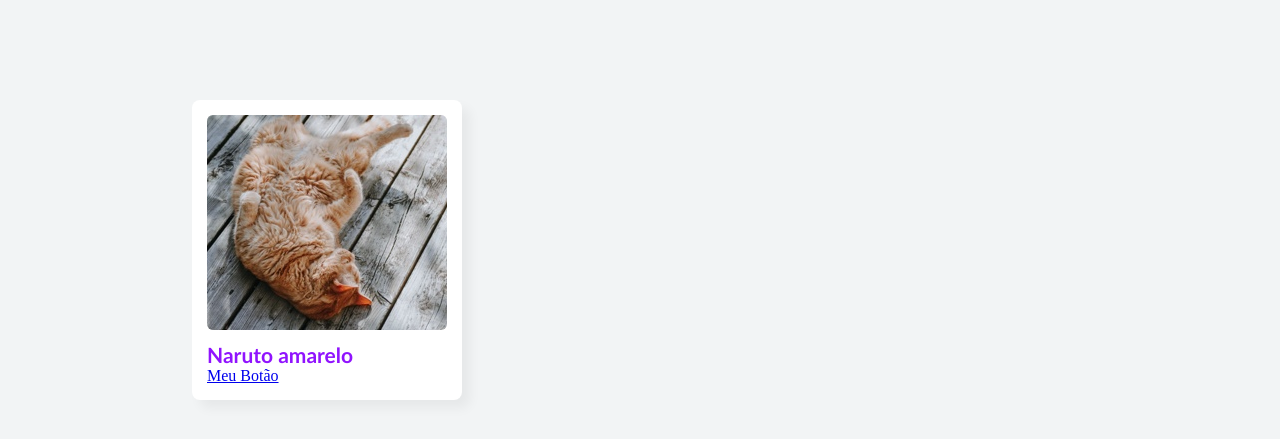
Repository: alessandradiamantino/Curso-Front-End-Design
Page: 1 - Introdução ao HTML e CSS/2 - Exercício CSS/01/codesignerspro-arquivos-exercicio-css-02/codesignerspro-arquivos-exercicio-css-02/index.html
These files come from the project's save history. The page is drawn as it stood at one moment and after a run of saves; the edit follows.
The browser window is 1280 px wide. The pictures show the whole page.

Above is the page before, as saved 2021-07-28 11:56:42.

After the next 2 saves:
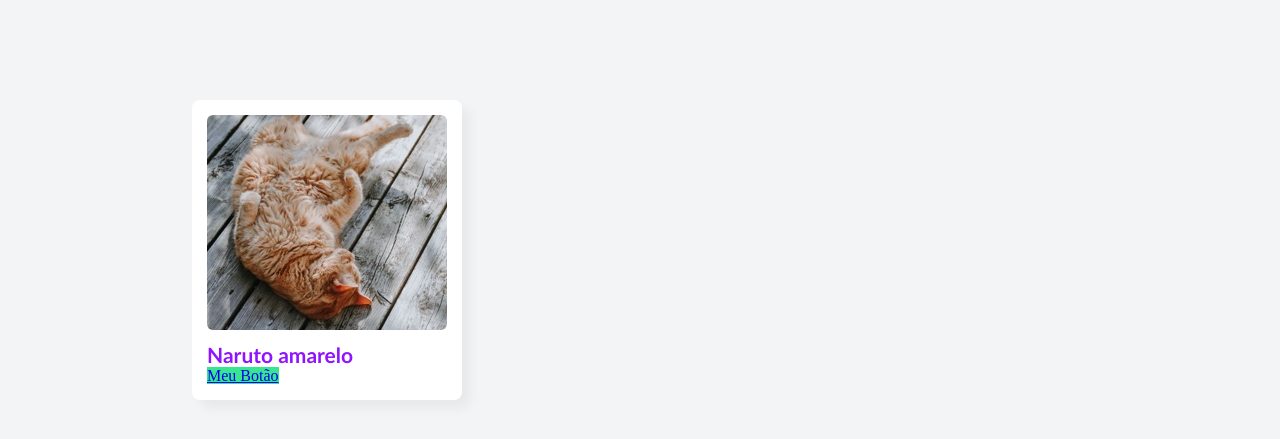
The 2 saves are shown as one change because they came seconds apart.
The last was saved 64 s later.
--- a/1 - Introdução ao HTML e CSS/2 - Exercício CSS/01/codesignerspro-arquivos-exercicio-css-02/codesignerspro-arquivos-exercicio-css-02/index.html
+++ b/1 - Introdução ao HTML e CSS/2 - Exercício CSS/01/codesignerspro-arquivos-exercicio-css-02/codesignerspro-arquivos-exercicio-css-02/index.html
@@ -22,7 +22,7 @@
         <h1>Naruto amarelo</h1>
     </div>
     <div class="card-footer">
-     <a href="https://web.whatsapp.com/">Meu Botão</a>
+     <a href="https://web.whatsapp.com/" class="btn">Meu Botão</a>
     </div>
   </div>
 </div>
